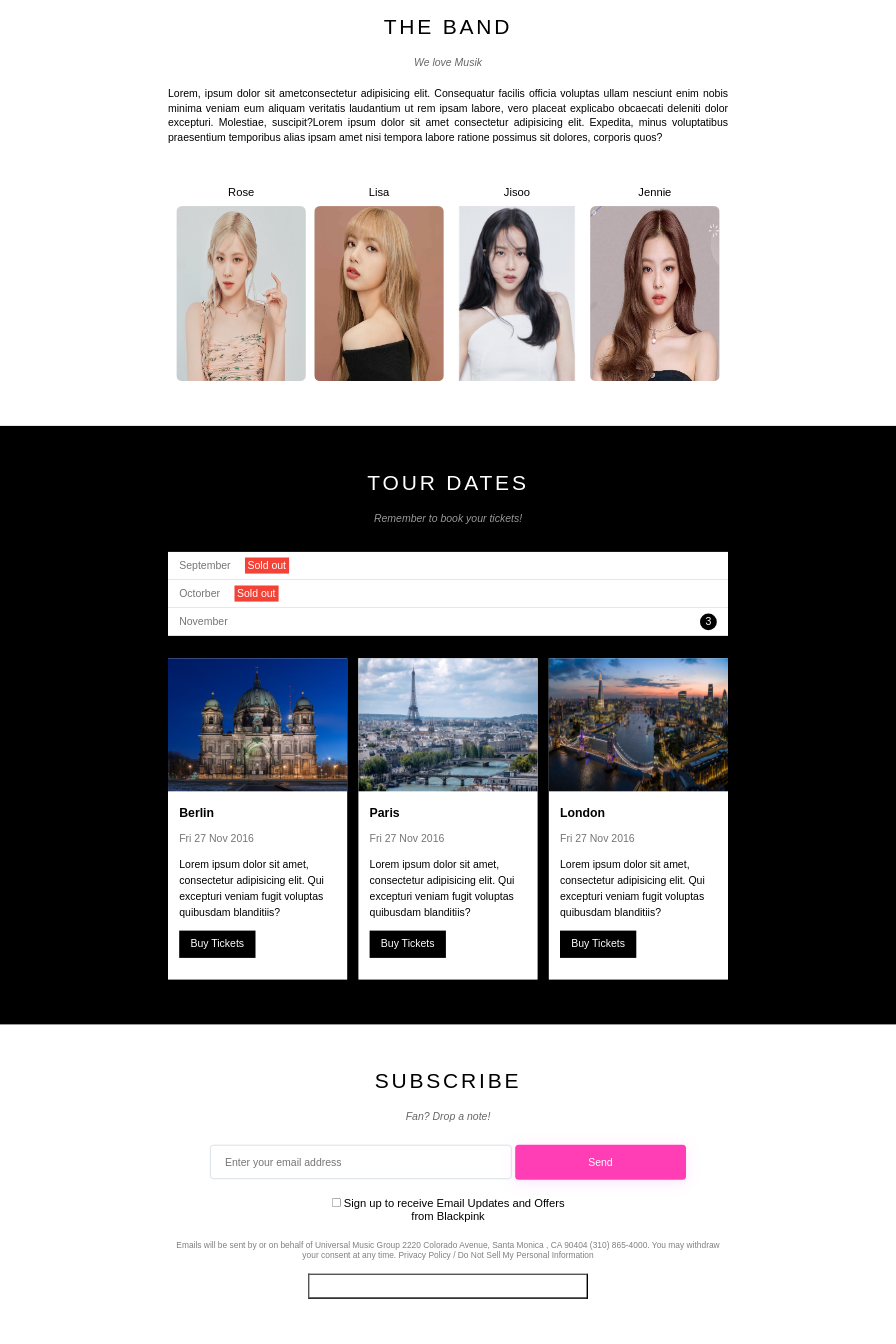
Repository: AiTrinh303/First-Project
Page: /
The author's editor kept a copy of each file at every save. The page is drawn from the files as they stood at one save, then again after the next save.
The browser window is 1280 px wide. The pictures show the part of the page from y = 728 to 2648 px (the page is 2648 px tall), at 70% of full size.
The project was rebuilt for these pictures with package versions that can differ from the ones it lists, and the page was loaded fresh each time.

Above is the page before, as saved 2024-01-23 10:26:54.

After the next save:
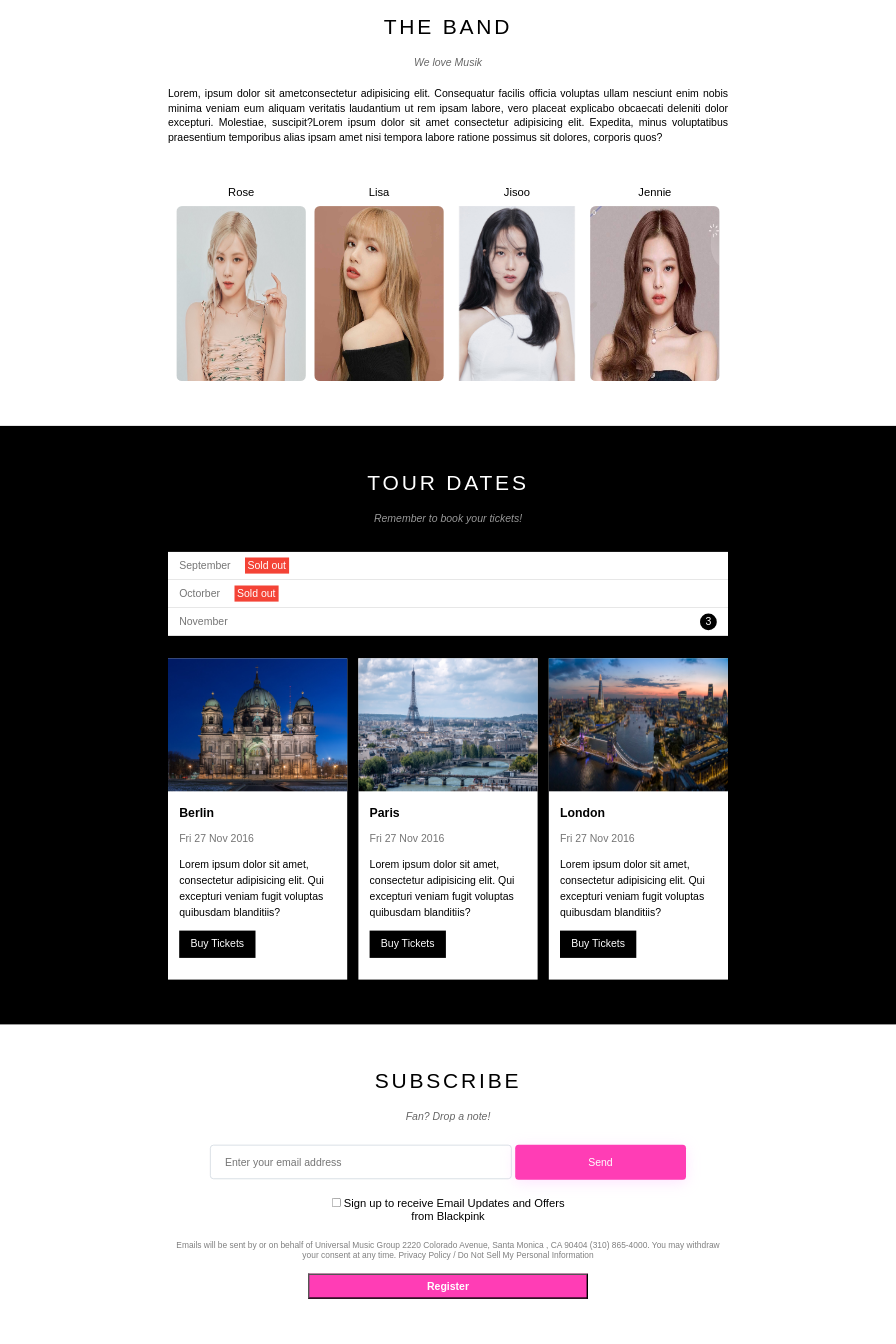
Saved 13 s later.
--- a/src/styles/main.css
+++ b/src/styles/main.css
@@ -327,7 +327,7 @@ width: 345px;
   font-size: 15px;
   font-weight: 700;
   color: #fff;
-  background-color: #fff;
+  background-color: #ff3db5;
 }
 
 
